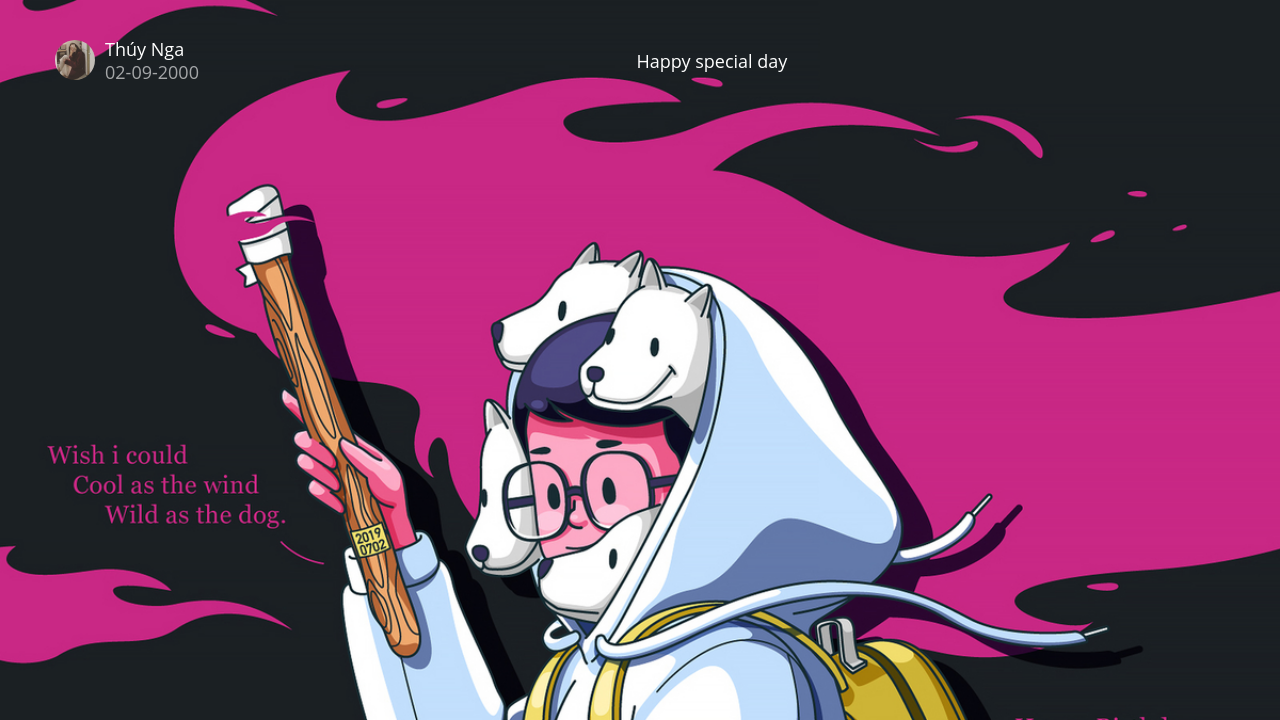
Repository: Datt21/p-happyB
Page: index.html
These files come from the project's save history. The page is drawn as it stood at one moment and after the next save; the edit follows.
The browser window is 1280 px wide. The pictures show the whole page.
Some icons come from a web library that is not loaded, so they are not drawn.

Above is the page before, as saved 2021-08-31 04:35:25.

After the next save:
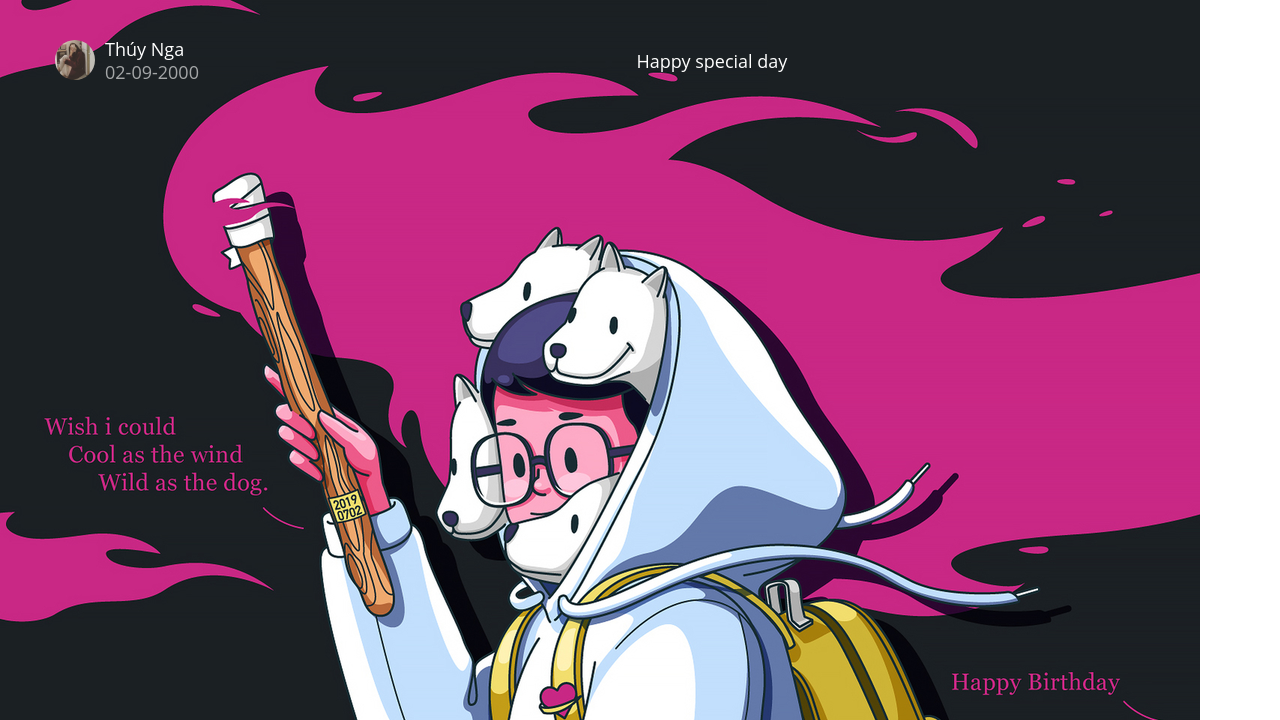
Saved 28 s later.
--- a/app.css
+++ b/app.css
@@ -33,7 +33,7 @@
     color: white;
     /* background-color: #222831; */
     overflow-x: hidden;
-    background: url("../images/banner.jpg") no-repeat top/100%;
+    background: url("../images/banner.jpg") no-repeat;
 }
 
 .wrapper {

After the save that followed:
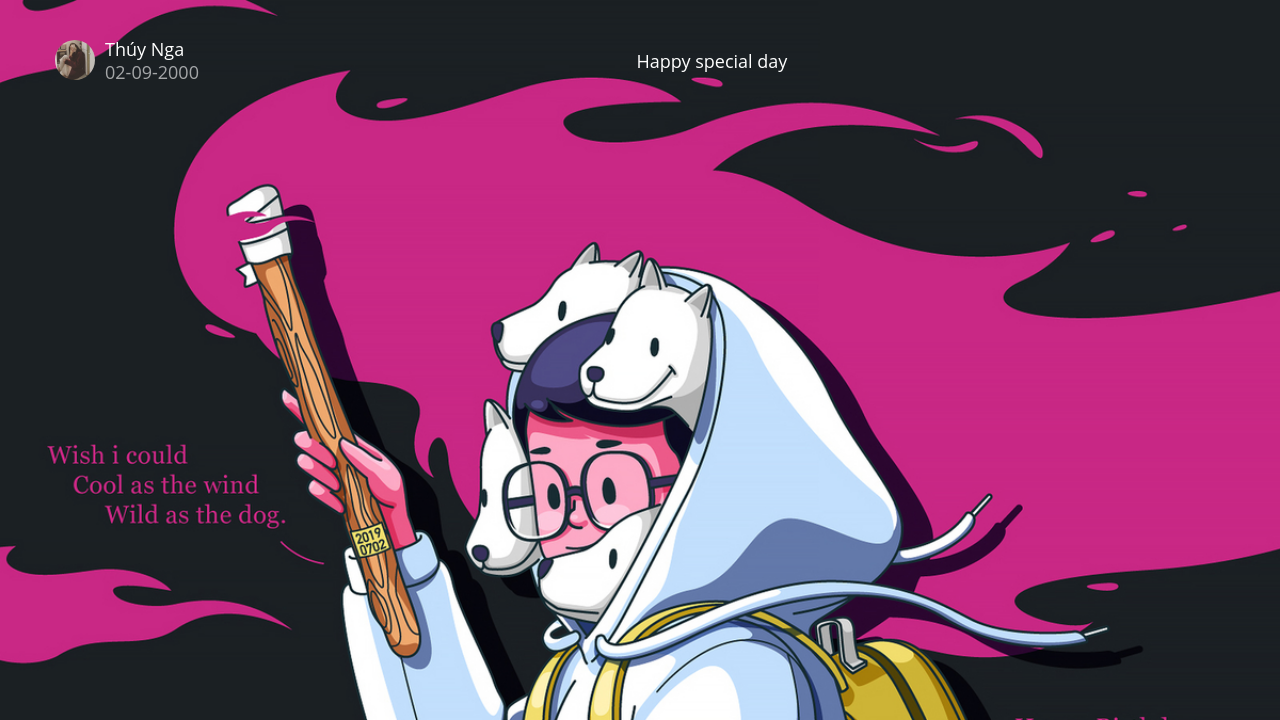
Saved 13 s later.
--- a/app.css
+++ b/app.css
@@ -33,7 +33,7 @@
     color: white;
     /* background-color: #222831; */
     overflow-x: hidden;
-    background: url("../images/banner.jpg") no-repeat;
+    background: url("../images/banner.jpg") no-repeat top/100%;
 }
 
 .wrapper {
